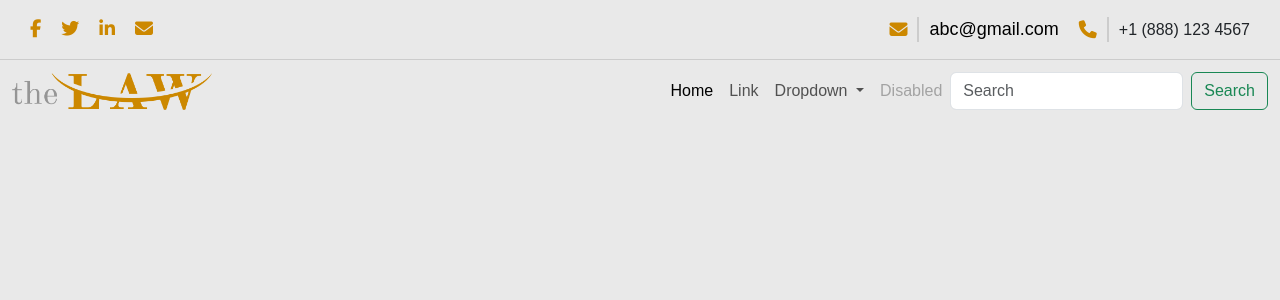
Repository: arehmanraza/lawyer_website
Page: Pages/index.html
An editor plug-in stored every save of this project. The page is shown before and after the next save, followed by the edit.
The browser window is 1280 px wide. The pictures show the whole page.
Some web libraries are served in a nearby version.

Above is the page before, as saved 2024-05-22 01:42:47.

### Pages/index.html
<!DOCTYPE html>
<html lang="en">
  <head>
    <meta charset="utf-8" />
    <meta name="viewport" content="width=device-width, initial-scale=1" />
    <title>The Lawyer</title>
    <link
      rel="stylesheet"
      href="https://pro.fontawesome.com/releases/v5.10.0/css/all.css"
      integrity="sha384-AYmEC3Yw5cVb3ZcuHtOA93w35dYTsvhLPVnYs9eStHfGJvOvKxVfELGroGkvsg+p"
      crossorigin="anonymous"
    />
    <link rel="stylesheet" href="/Styling/style.css" />
    <link
      rel="stylesheet"
      href="https://cdnjs.cloudflare.com/ajax/libs/font-awesome/6.5.2/css/all.min.css"
      integrity="sha512-SnH5WK+bZxgPHs44uWIX+LLJAJ9/2PkPKZ5QiAj6Ta86w+fsb2TkcmfRyVX3pBnMFcV7oQPJkl9QevSCWr3W6A=="
      crossorigin="anonymous"
      referrerpolicy="no-referrer"
    />
    <link
      href="https://cdn.jsdelivr.net/npm/bootstrap@5.3.3/dist/css/bootstrap.min.css"
      rel="stylesheet"
      integrity="sha384-QWTKZyjpPEjISv5WaRU9OFeRpok6YctnYmDr5pNlyT2bRjXh0JMhjY6hW+ALEwIH"
      crossorigin="anonymous"
    />
  </head>
  <body>
    <div class="main-container">


      <!-- ---------------head_top_container start ------------------  -->




      <div class="head_top">
        <div class="head_top_left">
          <ul>
            <li>
              <i class="icon2 fa-brands fa-facebook-f"></i>
            </li>
            <li>
              <i class="icon2 fa-brands fa-twitter"></i>
            </li>
            <li>
              <i class="icon2 fa-brands fa-linkedin-in"></i>
            </li>
            <li>
              <i class="icon2 fa-solid fa-envelope"></i>
            </li>
          </ul>
        </div>
        <div class="head_top_right">
          <ul>
            <li>
              <i class="icon2 fa-solid fa-envelope"></i>
              <p class="border1"></p>
              <span><a class="phoneno" href = "mailto: a.rehman78766@gmail.com">abc@gmail.com</a></span>
            </li>
            <li>
              <i class="icon2 fa-solid fa-phone"></i>
              <p class="border1"></p>
              <span>+1 (888) 123 4567</span>
            </li>

          </ul>
        </div>
      </div>
      <!-- ---------------head_top_container end ------------------  -->






      <!-- ---------------Navbar_container start ------------------  -->


      <nav class="navbar navbar-expand-lg ">
        <div class="container-fluid">
          <a class="navbar-brand" href="#"><img src="/Images/logo.png"  width="200px"></a>
          <button class="navbar-toggler" type="button" data-bs-toggle="collapse" data-bs-target="#navbarSupportedContent" aria-controls="navbarSupportedContent" aria-expanded="false" aria-label="Toggle navigation">
            <span class="navbar-toggler-icon"></span>
          </button>
          <div class="collapse navbar-collapse" id="navbarSupportedContent">
            <ul class="navbar-nav ms-auto mb-2 mb-lg-0">
              <li class="nav-item">
                <a class="nav-link active" aria-current="page" href="#">Home</a>
              </li>
              <li class="nav-item">
                <a class="nav-link" href="#">Link</a>
              </li>
              <li class="nav-item dropdown">
                <a class="nav-link dropdown-toggle" href="#" role="button" data-bs-toggle="dropdown" aria-expanded="false">
                  Dropdown
                </a>
                <ul class="dropdown-menu">
                  <li><a class="dropdown-item" href="#">Action</a></li>
                  <li><a class="dropdown-item" href="#">Another action</a></li>
                  <li><hr class="dropdown-divider"></li>
                  <li><a class="dropdown-item" href="#">Something else here</a></li>
                </ul>
              </li>
              <li class="nav-item">
                <a class="nav-link disabled" aria-disabled="true">Disabled</a>
              </li>
            </ul>
            <form class="d-flex" role="search">
              <input class="form-control me-2" type="search" placeholder="Search" aria-label="Search">
              <button class="btn btn-outline-success" type="submit">Search</button>
            </form>
          </div>
        </div>
      </nav>





      <!-- ---------------Navbar_container end ------------------  -->





    </div>
    <script
      src="https://cdn.jsdelivr.net/npm/bootstrap@5.3.3/dist/js/bootstrap.bundle.min.js"
      integrity="sha384-YvpcrYf0tY3lHB60NNkmXc5s9fDVZLESaAA55NDzOxhy9GkcIdslK1eN7N6jIeHz"
      crossorigin="anonymous"
    ></script>
  </body>
</html>

### Styling/style.css
*{
    margin: 0;
    padding: 0;
    box-sizing: border-box;
    font-family: Arial, Helvetica, sans-serif, "Montserrat";
}
.main-container{
    background-color: #e9e9e9;
    width: 100%;
    height: 100vh;
    padding: 0px;
}

.head_top {
    width: 100%;
    height: 60px;
    display: flex;
    justify-content: space-between;
    align-items: center; /* Center items vertically */
    border-bottom: 1px solid #ccc;
    padding: 0px 20px;
}

.head_top_left {
    width: 50%;
    display: flex; /* Ensure the left container is also using flexbox */
    align-items: center; /* Center items vertically */
}
.head_top_left ul {
    display: flex;
    list-style: none;
    padding: 0;
    margin: 0;
}
.head_top_left ul li{
    padding: 0px 10px;
}
.head_top_right{
    display: flex;
    align-items: center;
    width: 50%;
}
.head_top_right ul{
    display: flex;
    list-style: none;
    padding: 0;
    margin: 0px 0px 0px auto;

}
.head_top_right ul li{
    padding: 0px 10px;
    display: flex;
    align-items: center;
}
.border1{
    border-left: 2px solid #ccc;

    height: 25px;
    margin: 0px 10px;
}
.icon2{
    color:  #cc8800;
  font-size: large;
}
.phoneno{
    color: black;
    font-size: 18px;
    font-weight: 500;
    text-decoration: none
}

After the next save:
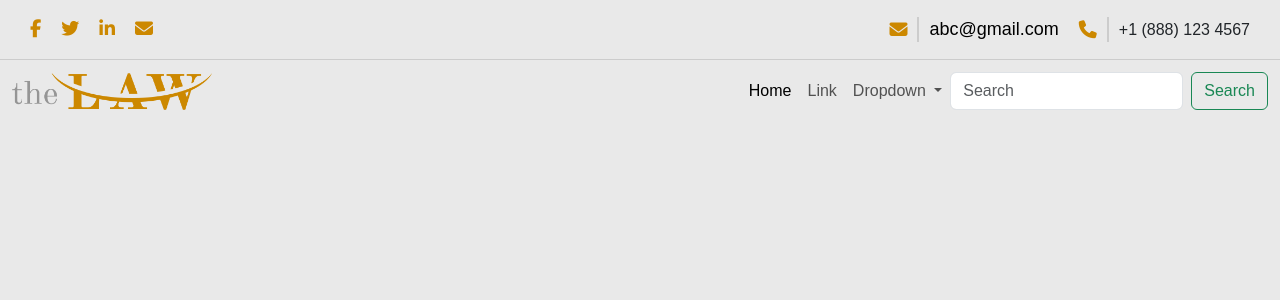
Saved 14 s later.
--- a/Pages/index.html
+++ b/Pages/index.html
@@ -102,9 +102,7 @@
                   <li><a class="dropdown-item" href="#">Something else here</a></li>
                 </ul>
               </li>
-              <li class="nav-item">
-                <a class="nav-link disabled" aria-disabled="true">Disabled</a>
-              </li>
+
             </ul>
             <form class="d-flex" role="search">
               <input class="form-control me-2" type="search" placeholder="Search" aria-label="Search">
